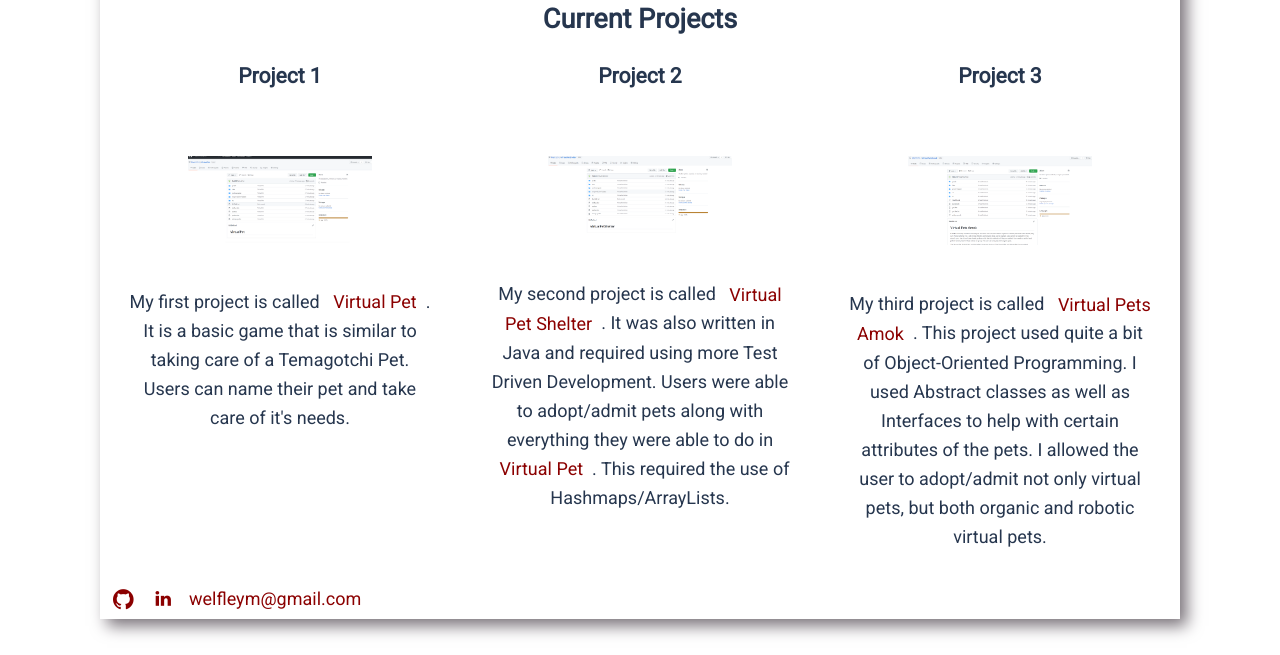
Repository: Matt1218/Matt1218.github.io
Page: index.html
These files come from the project's save history. The page is drawn as it stood at one moment and after the next save; the edit follows.
The browser window is 1280 px wide. The pictures show the part of the page from y = 565 to 1220 px (the page is 1220 px tall).
A picture or video elsewhere on the page could not be fetched, so the positions and the page height are approximate.

Above is the page before, as saved 2022-03-21 14:16:30.

After the next save:
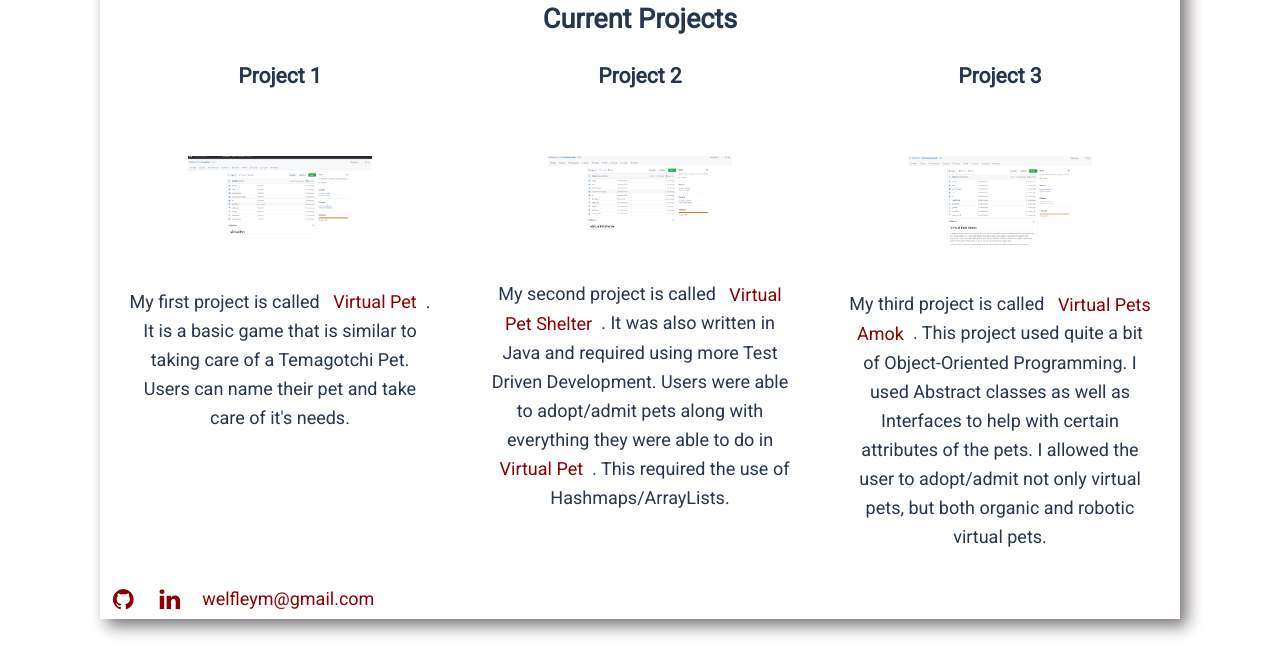
Saved 7 s later.
--- a/style.css
+++ b/style.css
@@ -109,7 +109,7 @@ a {
     align-items:center
 }
 
-#github, linkedin {
+#github, #linkedin {
     font-size: x-large;
     margin: 4px;
 }
